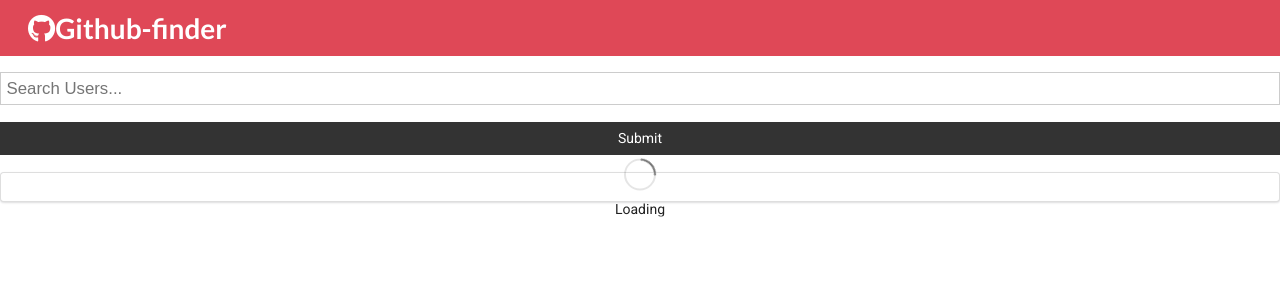
Repository: Tambarie/github-finder
Page: /
These files come from the project's save history. The page is drawn as it stood at one moment and after a run of saves; the edit follows.
The browser window is 1280 px wide. The pictures show the whole page.
The page's requests for data from a server got no answer. Some web libraries are served in a nearby version. The project was rebuilt for these pictures with package versions that can differ from the ones it lists, and the page was loaded fresh each time. No one was signed in, and anything a server would have sent is missing. Also part of the build but not shown: src/components/users/UserItem.js.

Above is the page before, as saved 2021-11-10 02:29:49.

### src/App.js
import axios from 'axios'
import React, { useState, useEffect } from 'react'
import './App.css'
import Navbar from './components/layouts/Navbar'
import Users from './components/users/Users'
import Search from './components/users/Search'

const App = () => {
  const [users, setUsers] = useState([])
  const [state, setState] = useState(true)

  const searchUsers = async (text) => {
    const response = await axios(
      `https://api.github.com/search/users?q=${text}&client_id=${process.env.REACT_APP_GITHUB_CLIENT_ID}&client_secret=${process.env.REACT_APP_GITHUB_CLIENT_SECRET}`
    )
    setUsers(response.data.items)
    setState(false)
  }

  useEffect(() => {
    searchUsers()
  }, [])

  const clearUsers = () => {
    setUsers([])
  }
  const title = 'Github-finder'
  const icon = 'fab fa-github'
  return (
    <div className='App'>
      <Navbar title={title} icon={icon} />
      <Search
        searchUsers={searchUsers}
        clearUsers={clearUsers}
        display={users.length > 0 ? true : false}
      />
      <Users loading={state} users={users} />
    </div>
  )
}

export default App

### src/components/layouts/Navbar.js
import React from 'react'
import { PropTypes } from 'prop-types'

const Navbar = ({ title, icon }) => {
  return (
    <nav className='navbar bg-primary'>
      <h1>
        <i className={icon} />
        {title}
      </h1>
    </nav>
  )
}

Navbar.propTypes = {
  title: PropTypes.string.isRequired,
  icon: PropTypes.string.isRequired,
}
Navbar.defaultProps = {
  title: 'Github-Finder',
  icon: 'fab fa-github',
}
export default Navbar

### src/components/users/Users.js
import React from 'react'
import UserItem from './UserItem'
import Spinner from '../layouts/Spinner'

const Users = ({ loading, users }) => {
  if (loading) {
    return <Spinner />
  } else {
    return (
      <div style={userStyle}>
        {users.map((user) => (
          <UserItem key={user.id} user={user} />
        ))}
      </div>
    )
  }
}

const userStyle = {
  display: 'grid',
  gridTemplateColumns: 'repeat(3,1fr)',
  gridGap: '1rem',
}

export default Users

### src/components/users/Search.js
import React, { useState } from 'react'

const Search = ({ searchUsers, clearUsers, display }) => {
  const [text, setText] = useState('')

  const handleSubmit = (e) => {
    e.preventDefault()
    searchUsers(text)
    setText('')
  }

  return (
    <div>
      <form onSubmit={handleSubmit} className='form'>
        <input
          type='text'
          name='text'
          value={text}
          placeholder='Search Users...'
          onChange={(e) => setText(e.target.value)}
        />
        <input type='submit' className='btn btn-dark btn-block' Search />
      </form>

      {display && (
        <button className='btn btn-dark btn-block' onClick={clearUsers}>
          Clear
        </button>
      )}
    </div>
  )
}

export default Search

### src/components/layouts/Spinner.js
import React from 'react'

export const Spinner = () => {
  return (
    <div className='ui segment'>
      <div className='ui active inverted dimmer'>
        <div className='ui text loader'>Loading</div>
      </div>
      <p></p>
    </div>
  )
}

export default Spinner;

Loaded but not shown: public/index.html (common file); src/index.js (common file); src/App.css (common file)

After the next 4 saves:
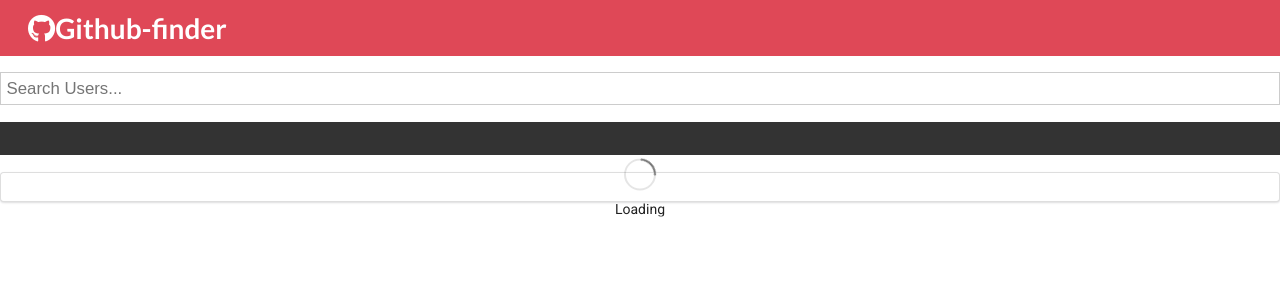
The 4 saves are shown as one change because they came seconds apart.
The last was saved 15 s later.
--- a/src/components/users/Search.js
+++ b/src/components/users/Search.js
@@ -19,7 +19,7 @@
           placeholder='Search Users...'
           onChange={(e) => setText(e.target.value)}
         />
-        <input type='submit' className='btn btn-dark btn-block' Search />
+        <input type='submit' className='btn btn-dark btn-block' value ="" Search />
       </form>
 
       {display && (
